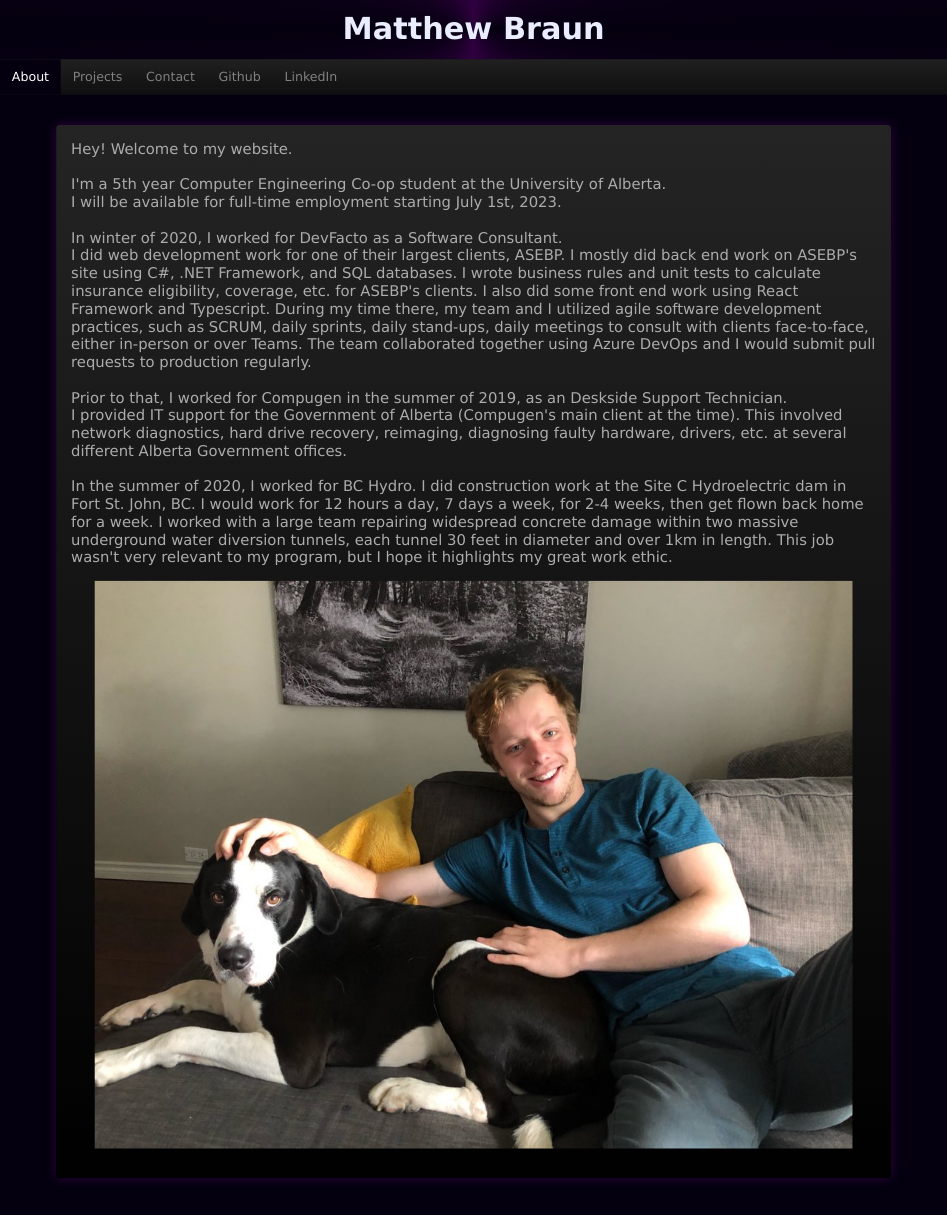
Repository: mjbraun95/MyPersonalWebsite
Page: http://localhost/
The author's editor kept a copy of each file at every save. The page is drawn from the files as they stood at one save, then again after the next save.
The browser window is 1280 px wide. The pictures show the whole page, at 74% of full size.
The page is run by PHP 8.4 with error messages shown; the project is at /var/www/html/.

Above is the page before, as saved 2023-06-24 15:58:52.

After the next save:
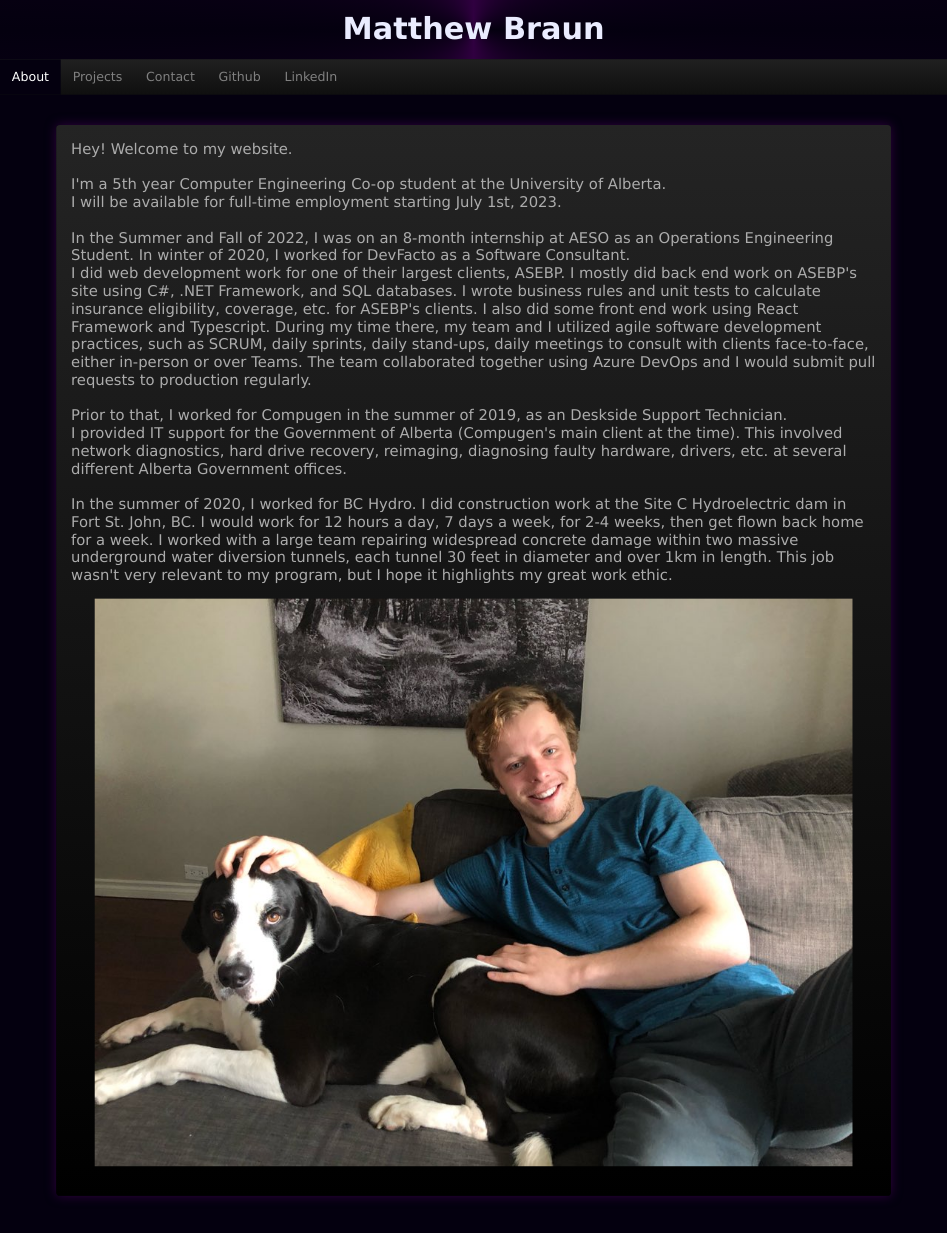
Saved 59 s later.
--- a/html/index.php
+++ b/html/index.php
@@ -23,7 +23,7 @@
         I'm a 5th year Computer Engineering Co-op student at the University of Alberta. <br>
         I will be available for full-time employment starting July 1st, 2023. <br><br>
 
-
+        In the Summer and Fall of 2022, I was on an 8-month internship at AESO as an Operations Engineering Student.
 
         <!-- Last summer, I worked as a developer for a concrete & asphalt repair business. <br>
         I developed and hosted a website for the company as well as created SQL databases to manage their assets, clients, and contracts. I also wrote some Python programs to parse this data and found ways to save costs and increase the company's profits. <br><br> -->
